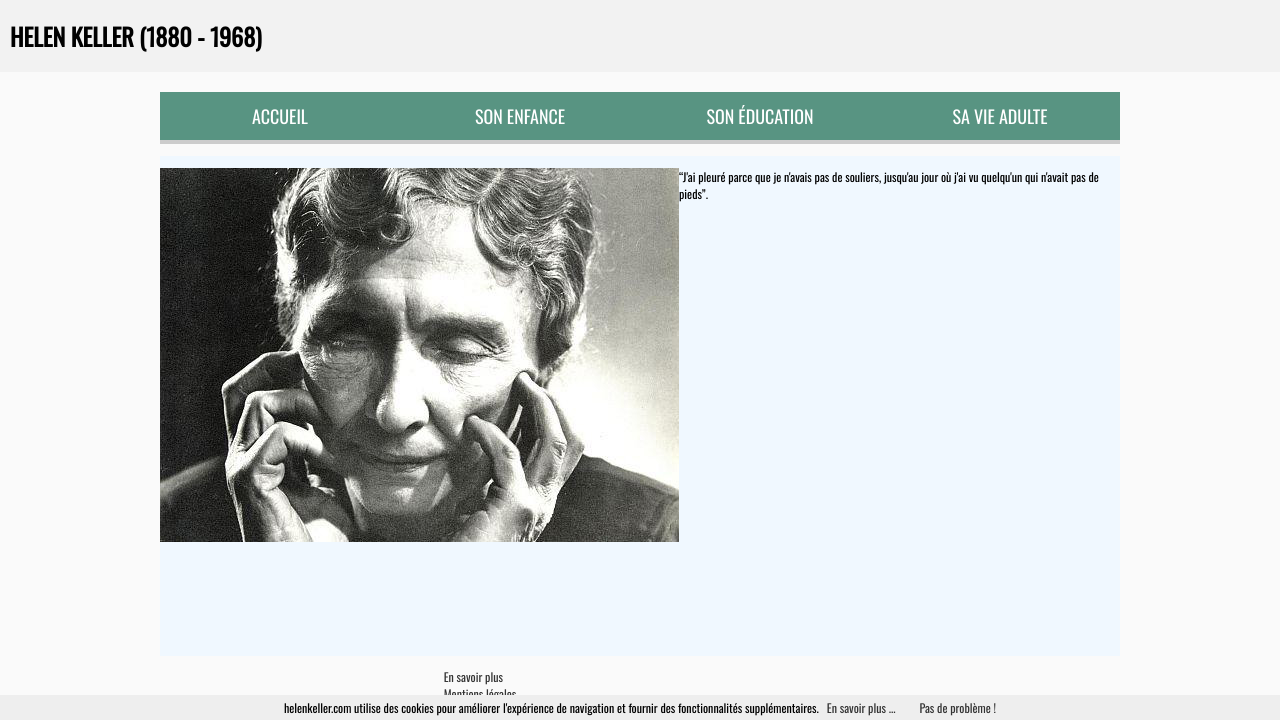
Repository: Luc010/Exercices
Page: HTML CSS/biographie_helen_keller/index.html
The author's editor kept a copy of each file at every save. The page is drawn from the files as they stood at one save, then again after the next save.
The browser window is 1280 px wide. The pictures show the whole page.

Above is the page before, as saved 2019-09-06 10:57:30.

After the next save:
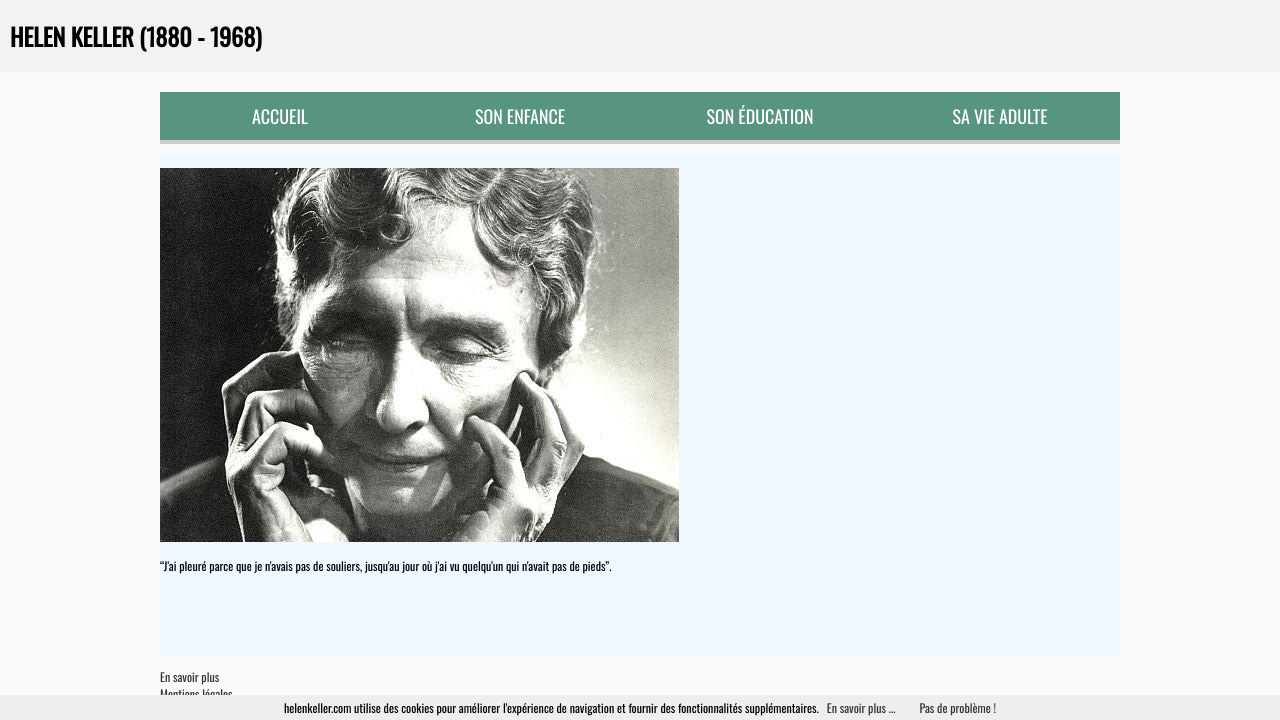
Saved 18 s later.
--- a/HTML CSS/biographie_helen_keller/style.css
+++ b/HTML CSS/biographie_helen_keller/style.css
@@ -79,8 +79,8 @@ header {
     text-indent: 10px;
 }
 .container{
-    display: flex;
-    justify-content: center;
+    margin-left: auto;
+    margin-right: auto;
     width: 960px;
 }
 /* BODY */

After the save that followed:
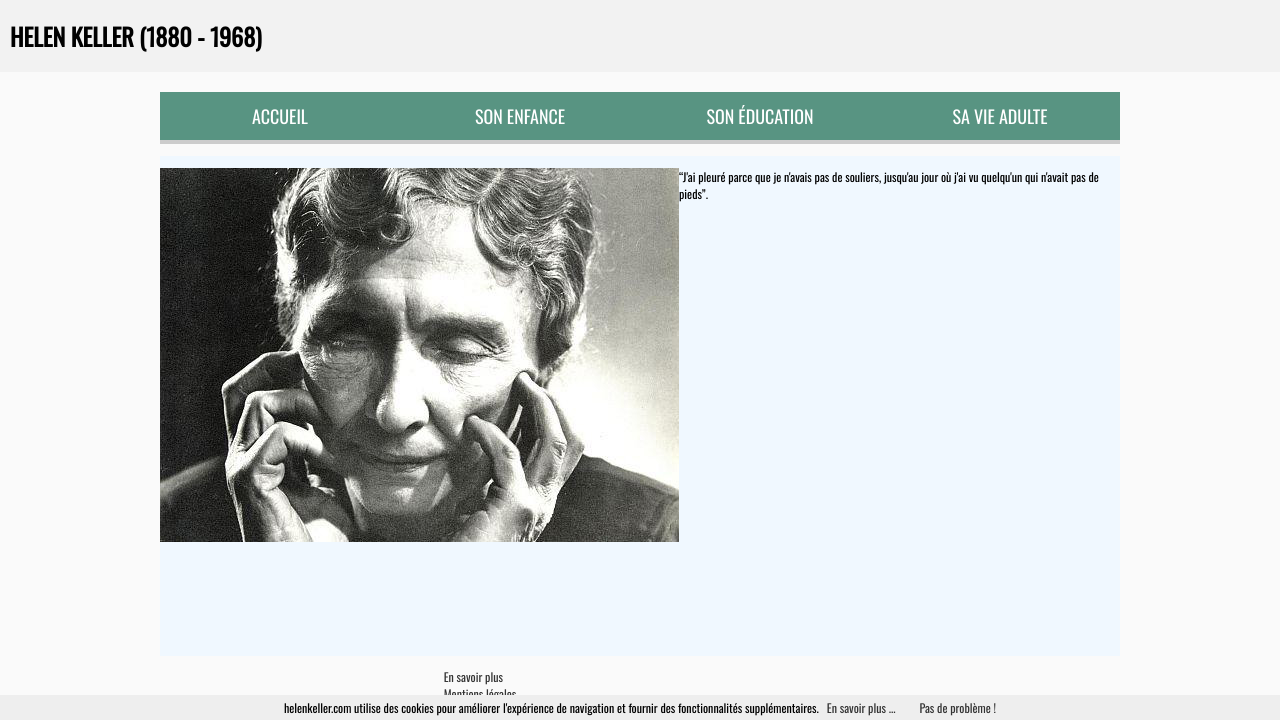
Saved 5 s later.
--- a/HTML CSS/biographie_helen_keller/style.css
+++ b/HTML CSS/biographie_helen_keller/style.css
@@ -79,8 +79,8 @@ header {
     text-indent: 10px;
 }
 .container{
-    margin-left: auto;
-    margin-right: auto;
+    display: flex;
+    justify-content: center;
     width: 960px;
 }
 /* BODY */
